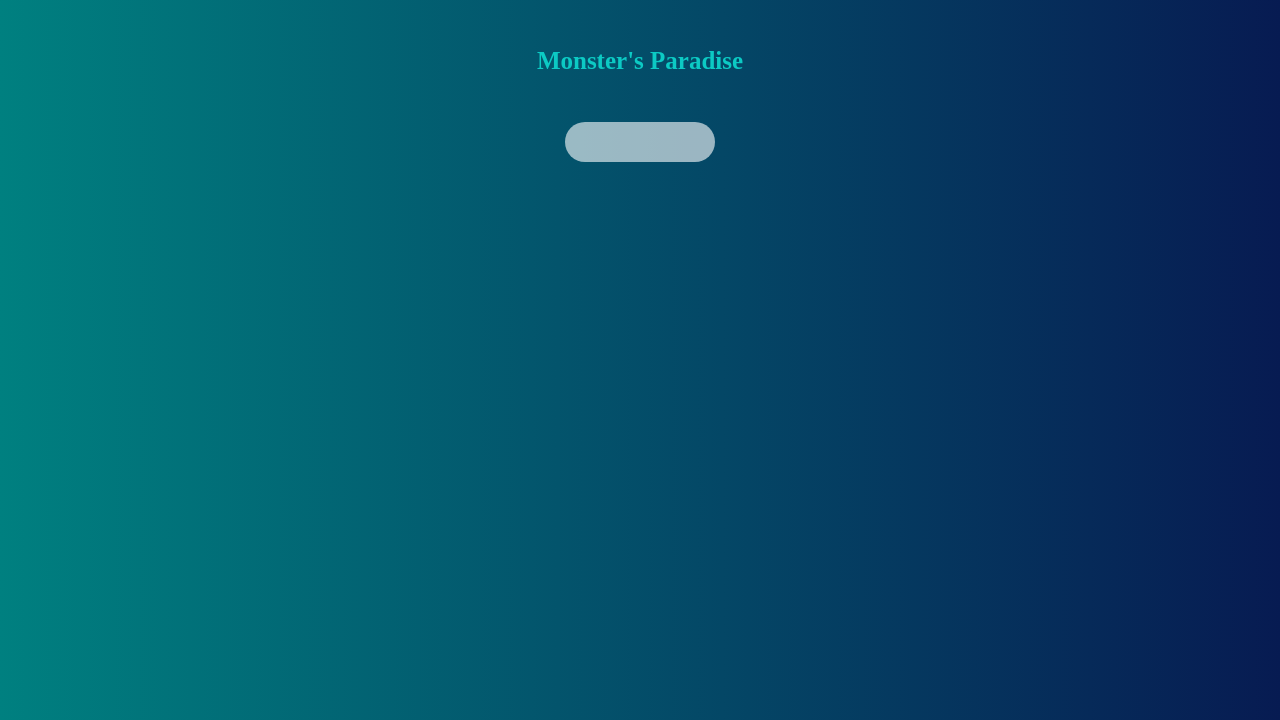
Repository: Petrit-Halabaku/react-project
Page: /
These files come from the project's save history. The page is drawn as it stood at one moment and after the next save; the edit follows.
The browser window is 1280 px wide. The pictures show the whole page.
The page's requests for data from a server got no answer. Some web fonts or font styles are not loaded; a fallback is used. The project was rebuilt for these pictures with package versions that can differ from the ones it lists, and the page was loaded fresh each time. No one was signed in, and anything a server would have sent is missing. Also part of the build but not shown: src/components/card/card.css, src/components/card/Card.js.

Above is the page before, as saved 2020-01-13 22:11:54.

After the next save:
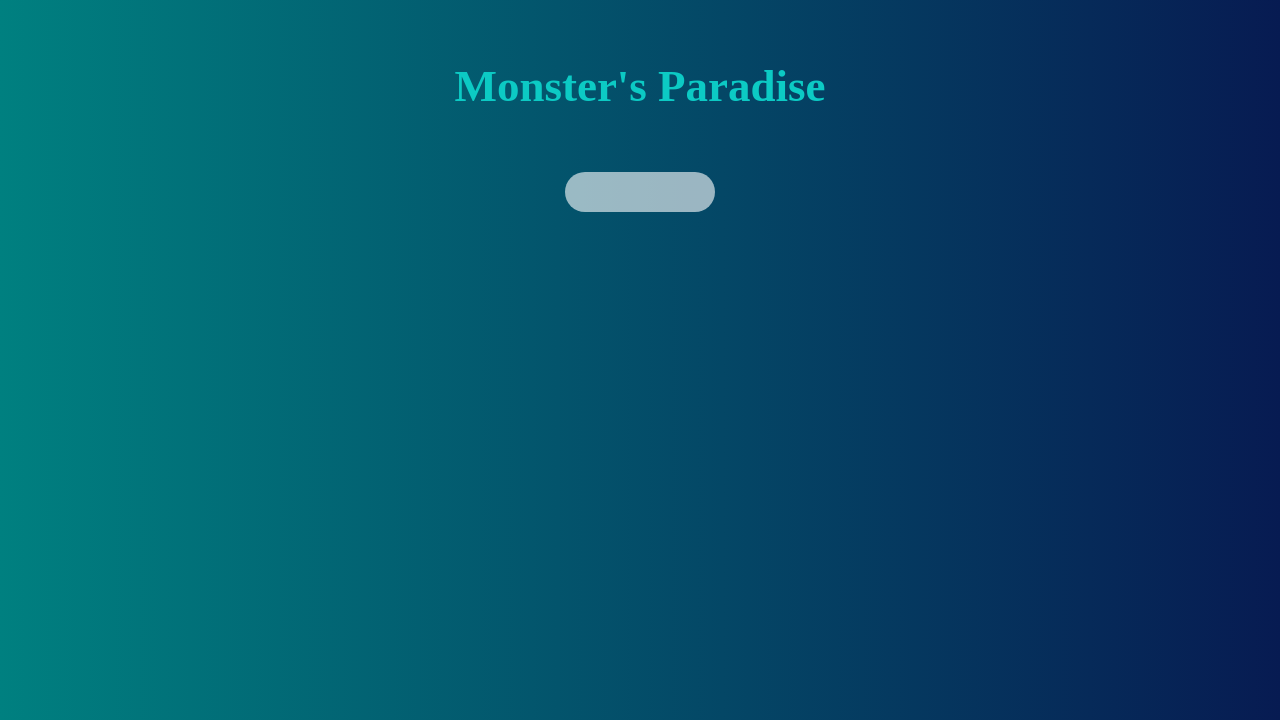
Saved 4 s later.
--- a/src/App.css
+++ b/src/App.css
@@ -1,7 +1,7 @@
 
 h1 {
   font-family: 'Mountains of Christmas', cursive;
-  font-size: 25px;
+  font-size: 45px;
   color: #0ccac4;
 }
 .App {
